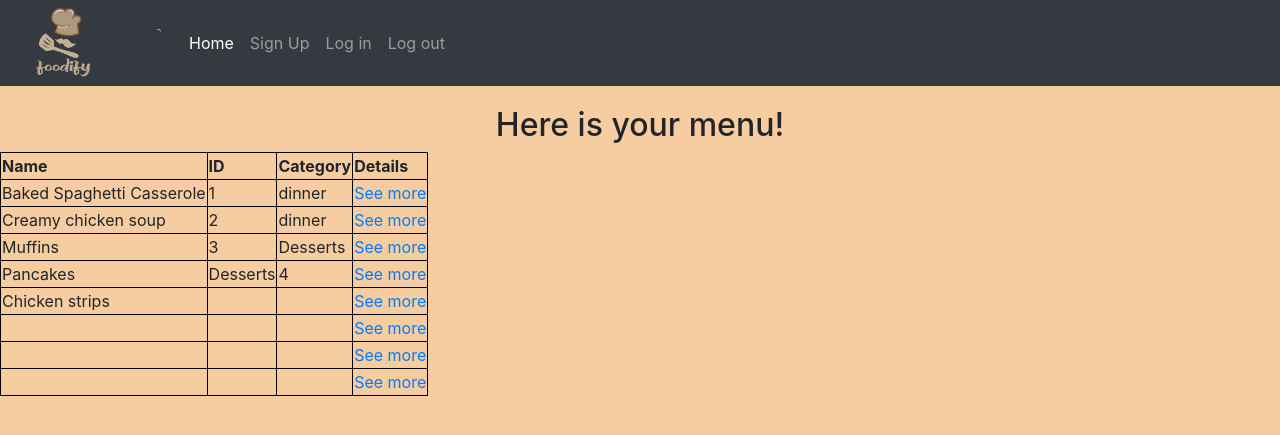
Repository: RanaHisham18/Foodify-Web-App
Page: Project IA raghda/usermenu.html
An editor plug-in stored every save of this project. The page is shown before and after a run of saves, followed by the edit.
The browser window is 1280 px wide. The pictures show the whole page.

Above is the page before, as saved 2022-01-06 18:30:03.

After the next 2 saves:
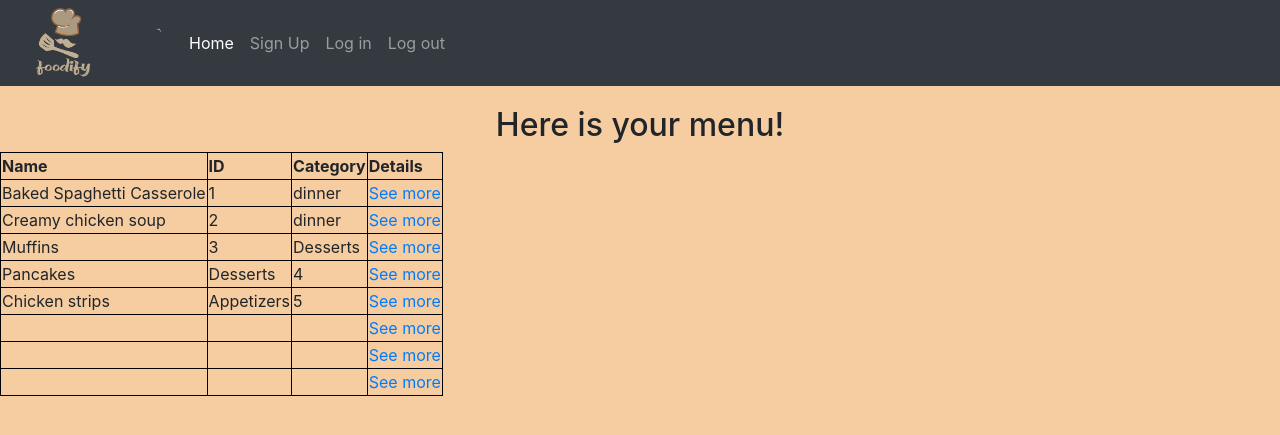
The 2 saves are shown as one change because they came seconds apart.
The last was saved 9 s later.
--- a/Project IA raghda/usermenu.html
+++ b/Project IA raghda/usermenu.html
@@ -77,8 +77,8 @@
 </tr>
 <tr>
     <td>Chicken strips</td>
-    <td></td>
-    <td></td>
+    <td>Appetizers</td>
+    <td>5</td>
     <td><a href="dinner.html">See more</a></td>
 </tr>
 <tr>
